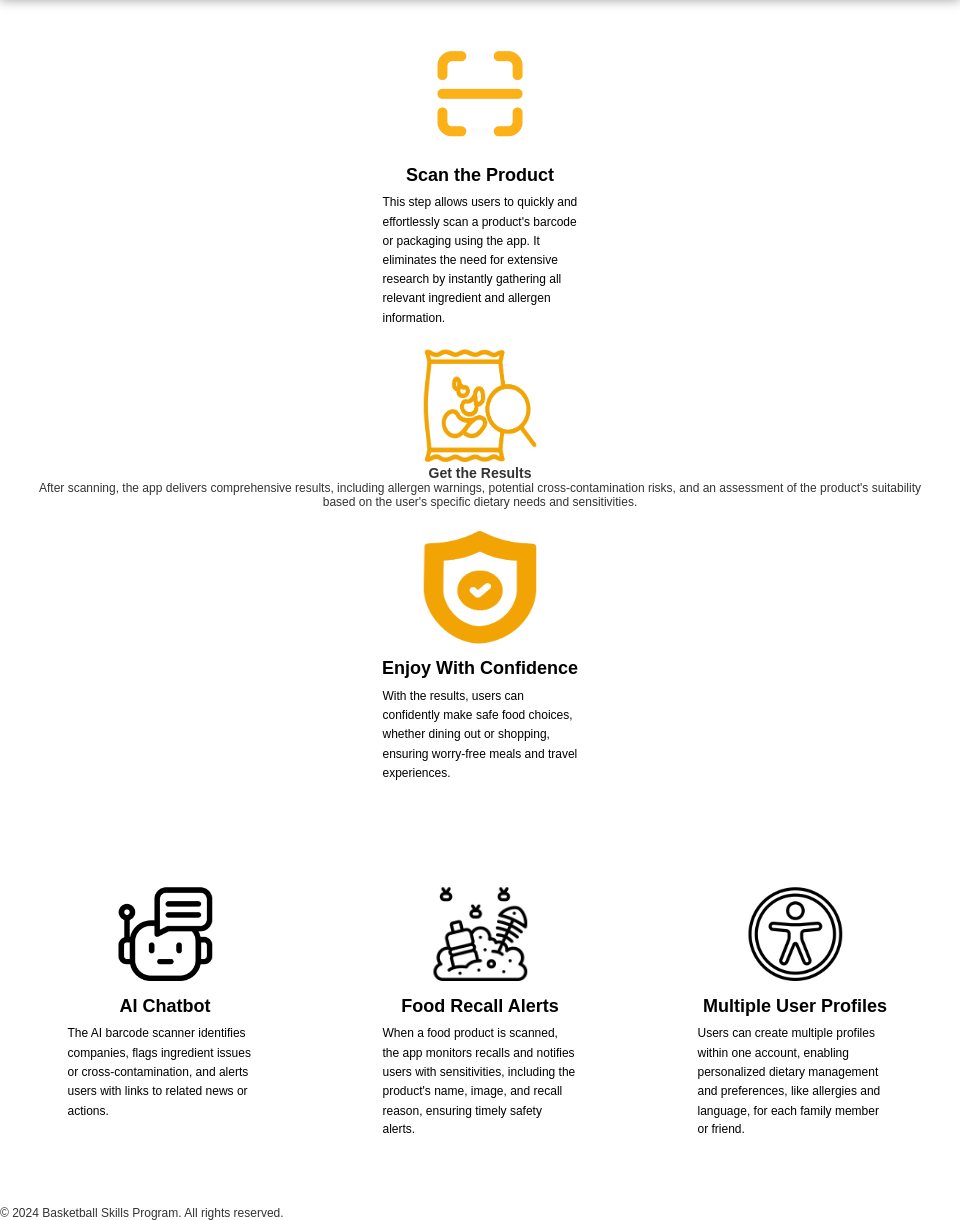
Repository: GavinPahal/landingpage
Page: /
An editor plug-in stored every save of this project. The page is shown before and after the next save, followed by the edit.
The browser window is 1280 px wide. The pictures show the part of the page from y = 720 to 2347 px (the page is 2347 px tall before and 1765 px after), at 75% of full size.
The project was rebuilt for these pictures with package versions that can differ from the ones it lists, and the page was loaded fresh each time. The framework's server and built-in components were replaced by stand-ins that run in the browser. Also part of the build but not shown: next.config.mjs.

Above is the page before, as saved 2024-11-28 15:41:04.

### pages/_app.js
// pages/_app.js
import "@/styles/globals.css"; // Import the global CSS file

function MyApp({ Component, pageProps }) {
  return <Component {...pageProps} />;
}

export default MyApp;

### pages/index.js
// pages/index.js
import Hero from "../components/Hero";
import Features from "../components/Features";
import Footer from "../components/Footer";
import Product from "../components/Product"

export default function Home() {
  return (
    <div>
      <Hero />
      <Features />
      <Product />
      <Footer />
    </div>
  );
}

### styles/globals.css
/* Global Styles */
* {
  margin: 0;
  padding: 0;
  box-sizing: border-box;
}

body {
  font-family: Arial, sans-serif;
  color: #333;
  overflow-x: hidden; /* Prevent horizontal overflow */
}

/* Hero Section */
.hero {
  display: flex; /* Use flexbox to align elements */
  position: relative;
  height: 100vh;
  width: 100%; /* Ensure the hero section spans the full width */
  background-color: #2d2d2d; /* Dark background to contrast with the image */
}

.imageWrapper {
  position: relative;
  width: 100%; /* Left side takes full width */
  height: 100%;
}

.imageContainer {
  position: absolute;
  top: 0;
  left: 0;
  width: 100%;
  height: 100%;
  filter: blur(8px); /* Add blur effect to the image */
  object-fit: cover;
}

.overlay {
  position: absolute;
  top: 0;
  left: 0;
  width: 100%;
  height: 100%;
  background: rgba(0, 0, 0, 0.6); /* Dark overlay to ensure text stands out */
  color: white;
  display: flex;
  flex-direction: column;
  justify-content: center;
  align-items: flex-start;
  padding: 60px 40px; /* Increased padding for more space */
  text-align: left;
}

.heroTitle {
  display: flex;
  align-items: center; /* Align logo and title horizontally */
  margin-bottom: 40px; /* Space between title and the rest of the content */
  position: relative; /* Allow positioning adjustments */
  top: -80px; /* Move the logo and title even higher */
}

.heroTitle img {
  margin-right: 20px; /* Add space between logo and title */
}

.heroTitle h1 {
  font-size: 2rem; /* Bigger font for app name */
  font-weight: bold;
  color: #ffffff; /* Bright color to stand out */
  text-transform: uppercase;
}

.tagline {
  font-size: 5rem; /* Make "BEST NATURE APP" 5rem */
  font-weight: bold;
  margin-bottom: 0; /* Remove extra space between the lines */
  color: #ffffff; /* Striking color */
  text-shadow: 3px 3px 5px rgba(0, 0, 0, 0.8); /* Enhanced text visibility */
  line-height: 1.1; /* Adjust line-height to decrease space between lines */
  letter-spacing: 1.5px;
  display: block;
  max-width: 100%; /* Ensure text doesn't overflow */
}

.bestNature {
  display: block;
  font-size: 3rem; /* Adjust to smaller font size for the first part */
}

.appEver {
  display: block;
  margin-top: 0;
  font-size: 3rem;
}

.subTagline {
  font-size: 1.2rem;
  margin-top: 20px;
  margin-bottom: 40px;
  line-height: 1.6;
  max-width: 650px;
  color: white;
  letter-spacing: 0.5px;
  text-align: left;
}

.demoText {
  display: block;
  font-size: 1.4rem;
  font-weight: bold;
}

.natureText {
  display: block;
  font-size: 1.2rem;
  margin-top: 10px;
  font-style: italic;
  letter-spacing: 0.3px;
}

/* CTA Button */
.ctaButton {
  background-color: #00C9A2;
  color: #ffffff;
  padding: 15px 40px;
  font-size: 1.4rem;
  border: none;
  border-radius: 50px;
  text-align: center;
  margin-top: 60px;
  cursor: pointer;
  transition: background-color 0.3s, transform 0.3s;
  text-decoration: none;
}

.ctaButton:hover {
  background-color: #035343;
}

.ctaButton:focus {
  outline: none;
}

.rightImageWrapper {
  position: absolute;
  left: 62%;
  bottom: 20px;
  width: 400px;
  height: auto;
  z-index: 2;
  margin-top: 100px;
}

.rightImageContainer {
  position: relative;
  width: 100%;
  height: 100%;
}

.rightImageContainer img {
  width: 100%;
  height: auto;
  border-radius: 8px;
  object-fit: cover;
}

.features {
  padding: 50px 20px;
  text-align: center;
}
.features h2 {
  font-size: 2.5rem;
  font-weight: bold;
  color: #ffffff;
  margin-bottom: 30px;
  text-transform: uppercase;
  letter-spacing: 1px;
}

.infoCards {
  display: flex;
  flex-wrap: wrap;
  justify-content: space-around;
  gap: 30px;
  margin-bottom: 40px;
}

.card {
  text-align: center;
  margin: 0 auto; /* Ensure cards are centered */
}

.card:first-child { /* Target the first feature card */
  max-width: 400px; /* Restrict width for a cleaner layout */
  margin: 20px auto; /* Center the card horizontally and add spacing */
}

.card:first-child p {
  text-align: left; /* Center-align the text for the first card */
  max-width: 270x; /* Ensure text does not overflow the card */
  margin: 0 auto;
}

.card img {
  margin-bottom: 15px;
}

.card h3 {
  font-size: 1.5rem;
  font-weight: 600;
  color: #000000;
  margin-bottom: 10px;
}

.card p {
  font-size: 1rem;
  line-height: 1.6;
  color: #000000;
  max-width: 260px;
  margin: 0 auto;
  text-align: left;
}

.text1 {
  font-size: 1rem;
  line-height: 1.6;
  color: #000000;
  max-width: 250px;
  margin: 0 auto;
  text-align: left;
}

.text2 {
  font-size: 1rem;
  line-height: 1.6;
  color: #000000;
  max-width: 250px;
  margin: 0 auto;
  text-align: left;
}


@media (max-width: 1024px) {
  .hero {
    flex-direction: column; /* Stack elements vertically on smaller screens */
  }

  .overlay {
    padding: 40px 20px; /* Reduced padding for smaller screens */
    text-align: center; /* Center-align text on smaller screens */
  }

  .heroTitle {
    margin-bottom: 20px; /* Reduce space between the title and the tagline */
    top: 0; /* Reset top positioning for better alignment */
  }

  .tagline {
    font-size: 3rem; /* Decrease font size on smaller screens */
  }

  .bestNature, .appEver {
    font-size: 2.5rem; /* Smaller font size for better readability */
  }

  .subTagline {
    font-size: 1rem; /* Adjust subtagline font size for smaller screens */
    max-width: 100%; /* Allow full-width display */
    padding: 0 20px; /* Add padding to the sides */
  }

  .rightImageWrapper {
    left: 50%; /* Center the image on smaller screens */
    bottom: 10px;
    width: 300px; /* Reduce image size */
    margin-top: 60px;
  }
}

/* CTA Button Adjustments */
@media (max-width: 768px) {
  .ctaButton {
    padding: 12px 30px; /* Reduced padding for better proportion on small screens */
    font-size: 1.2rem; /* Smaller font size */
    width: 90%; /* Allow the button to take up more space on smaller screens */
    margin-top: 40px; /* Reduced top margin */
  }
}

/* Feature Section Adjustments */
@media (max-width: 768px) {
  .features {
    padding: 30px 20px; /* Reduce padding */
  }

  .features h2 {
    font-size: 2rem; /* Smaller font size for headings */
  }

  .infoCards {
    flex-direction: column; /* Stack cards vertically */
    align-items: center;
    gap: 20px; /* Reduced gap between cards */
  }

  .card {
    max-width: 90%; /* Ensure cards take full width on smaller screens */
    margin: 10px auto; /* Center the cards */
  }

  .card h3 {
    font-size: 1.2rem; /* Decrease font size */
  }

  .card p {
    font-size: 0.9rem; /* Smaller text for better readability */
  }
}

/* Final Adjustments */
@media (max-width: 480px) {
  .hero {
    height: auto; /* Allow the hero section to adjust to content */
  }

  .overlay {
    padding: 20px; /* Even smaller padding */
    text-align: center;
  }

  .tagline {
    font-size: 2.5rem; /* Further decrease tagline size */
  }

  .ctaButton {
    padding: 10px 20px; /* Smaller padding for mobile screens */
    font-size: 1rem; /* Reduce font size */
  }

  .features h2 {
    font-size: 1.6rem; /* Adjust feature section heading */
  }

  .card {
    max-width: 100%; /* Ensure the cards take full width */
  }

  .text1, .text2 {
    font-size: 0.9rem; /* Adjust text sizes for smaller screens */
  }
}

### components/Hero.js
import Image from "next/image";

export default function Hero() {
  return (
    <section className="hero">
      <div className="imageWrapper">
        <div className="imageContainer">
          <Image
            src="/images/grocey.jpg"
            alt="Nature Image"
            layout="fill"
            objectFit="cover"
          />
        </div>
        <div className="overlay">
          <div className="heroTitle">
            <Image
              src="/images/logo.webp"
              alt="Goldibite Logo"
              width={50}
              height={50}
            />
            <h1>Goldibite</h1>
          </div>
          <p className="tagline">
            <span className="bestNature">YOUR BUDDY FOR</span>
            <span className="appEver">FOOD SAFETY</span>
          </p>
          <p className="subTagline">
            <span className="demoText">Get a demo and try our new app.</span>
            <span className="natureText">
            The Right Bite, Every Time
            </span>
          </p>
          <a href="#demo" className="ctaButton">
            TRY DEMO
          </a>
        </div>
      </div>


      <div className="rightImageWrapper">
        <div className="rightImageContainer">
          <Image
            src="/images/phone.png"
            alt="New Image"
            layout="intrinsic"
            width={500}
            height={500}
          />
        </div>
      </div>
    </section>
  );
}

### components/Features.js
import Image from "next/image";


export default function Features() {
  return (
    <section className="features">
      <div className="infoCards">
        <div className="card" style={{ margin: "0 10px" }}>
          <Image
            src="/images/iconamoon_scanner (1).jpg"
            alt="Feature 1"
            width={150}
            height={150}
          />
          <h3>Scan the Product</h3>
          <p>This step allows users to quickly and effortlessly scan a product's barcode or packaging using the app.
             It eliminates the need for extensive research by instantly gathering all relevant ingredient and allergen information. </p>
        </div>
        <div className="text" style={{ margin: "0 10px" }}>
          <Image
            src="/images/magnifying.jpg"
            alt="Feature 2"
            width={150}
            height={150}
          />
          <h3>Get the Results</h3>
          <p>After scanning, the app delivers comprehensive results, including allergen warnings, potential cross-contamination risks,
             and an assessment of the product's suitability based on the user's specific dietary needs and sensitivities.
          </p>
        </div>
        <div className="card" style={{ margin: "0 10px" }}>
          <Image
            src="/images/Confident.jpg"
            alt="Feature 2"
            width={150}
            height={150}
          />
          <h3>Enjoy With Confidence</h3>
          <p>With the results, users can confidently make safe food choices, whether dining out or shopping,
             ensuring worry-free meals and travel experiences.
          </p>
        </div>
      </div>

    </section>
  );
}

### components/Footer.js
export default function Footer() {
    return (
      <footer className="footer">
        <p>&copy; 2024 Basketball Skills Program. All rights reserved.</p>
      </footer>
    );
  }

### components/Product.js
import Image from "next/image";

export default function Features() {
  return (
    <section className="features">
      <div className="infoCards" style={{ gap: "20px" }}>
        <div className="card" style={{ margin: "0 10px" }}>
          <Image
            src="/images/chatbot.jpg"
            alt="Feature 1"
            width={125}
            height={125}
          />
          <h3>AI Chatbot</h3>
          <p>
            The AI barcode scanner identifies companies, flags ingredient
            issues or cross-contamination, and alerts users with links to
            related news or actions.
          </p>
        </div>
        <div className="card" style={{ margin: "0 10px" }}>
          <Image
            src="/images/trash.jpg"
            alt="Feature 2"
            width={125}
            height={125}
          />
          <h3>Food Recall Alerts</h3>
          <p>
            When a food product is scanned, the app monitors recalls and
            notifies users with sensitivities, including the product's name,
            image, and recall reason, ensuring timely safety alerts.
          </p>
        </div>
        <div className="card" style={{ margin: "0 10px" }}>
          <Image
            src="/images/accessibility.png"
            alt="Feature 3"
            width={125}
            height={125}
          />
          <h3>Multiple User Profiles</h3>
          <p>
            Users can create multiple profiles within one account, enabling
            personalized dietary management and preferences,
            like allergies and  language, for each family member or friend.
          </p>
        </div>
      </div>
    </section>
  );
}

Loaded but not shown: pages/_document.js (common file)

After the next save:
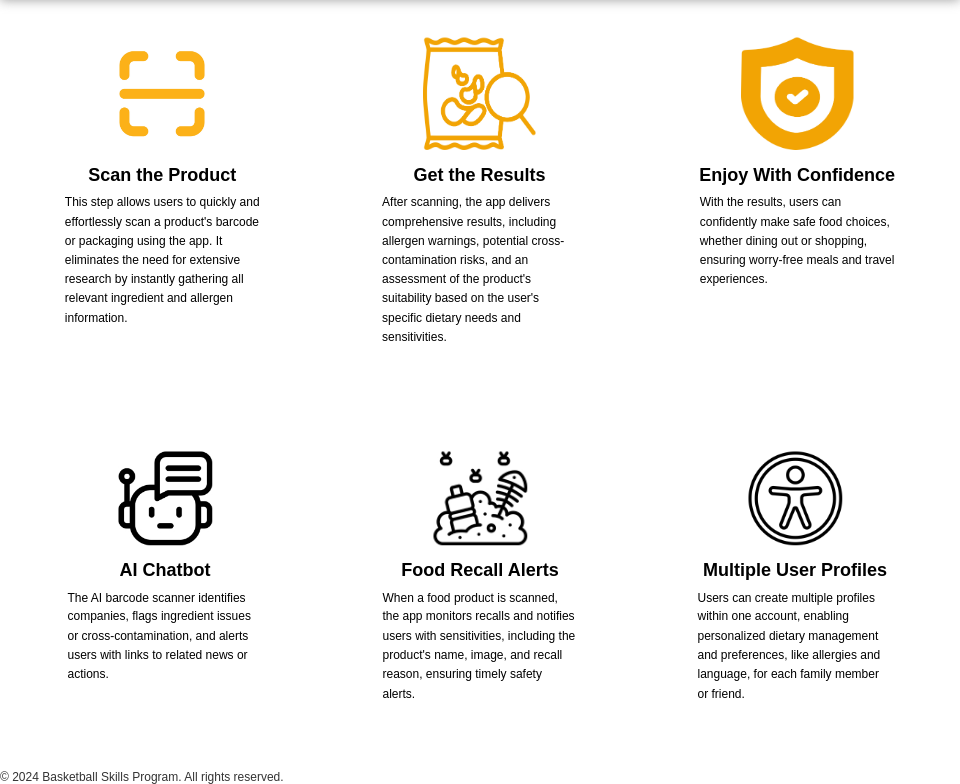
Saved 8 s later.
--- a/components/Features.js
+++ b/components/Features.js
@@ -16,7 +16,7 @@ export default function Features() {
           <p>This step allows users to quickly and effortlessly scan a product's barcode or packaging using the app.
              It eliminates the need for extensive research by instantly gathering all relevant ingredient and allergen information. </p>
         </div>
-        <div className="text" style={{ margin: "0 10px" }}>
+        <div className="card" style={{ margin: "0 10px" }}>
           <Image
             src="/images/magnifying.jpg"
             alt="Feature 2"
